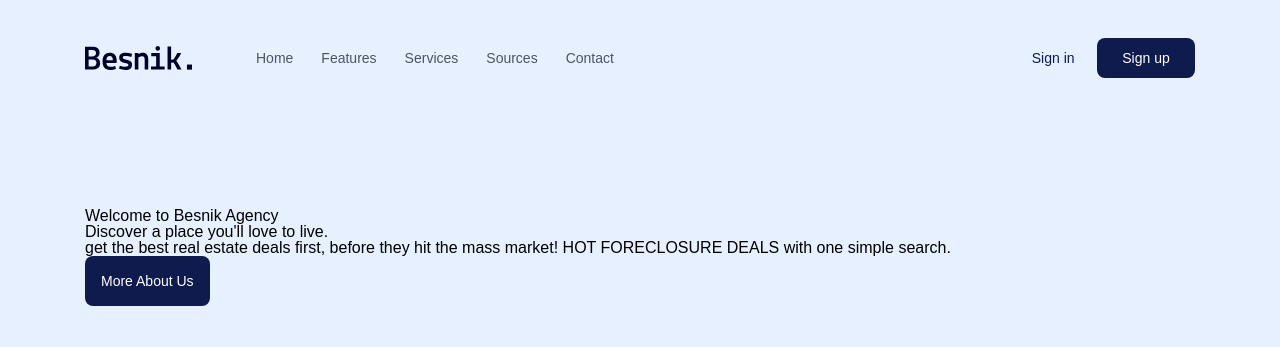
Repository: Daidoichihuy/project-01
Page: index.html
The author's editor kept a copy of each file at every save. The page is drawn from the files as they stood at one save, then again after the next save.
The browser window is 1280 px wide. The pictures show the whole page.

Above is the page before, as saved 2024-04-28 11:24:30.

After the next save:
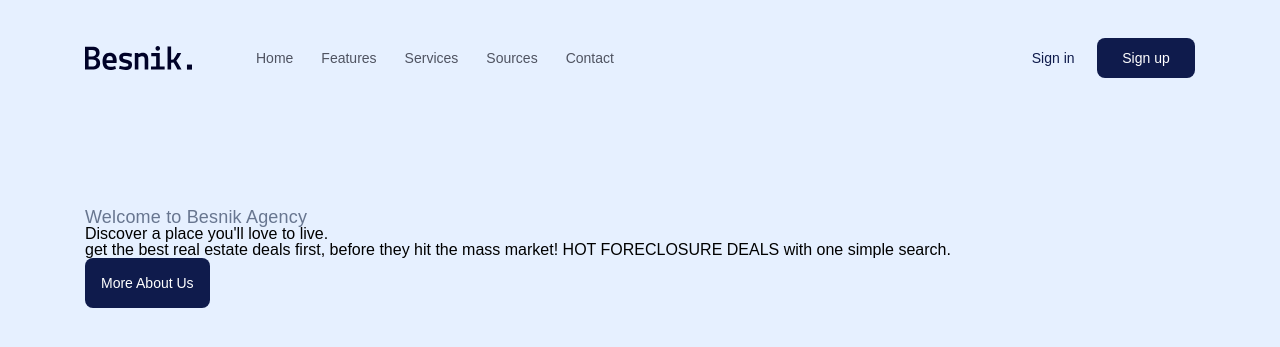
Saved 93 s later.
--- a/assets/css/style.css
+++ b/assets/css/style.css
@@ -81,3 +81,9 @@
 .hero {
   margin-top: 130px;
 }
+.hero .sub-title {
+  color: #687690;
+  font-size: 18px;
+  font-weight: 500;
+  letter-spacing: 0.18px;
+}
